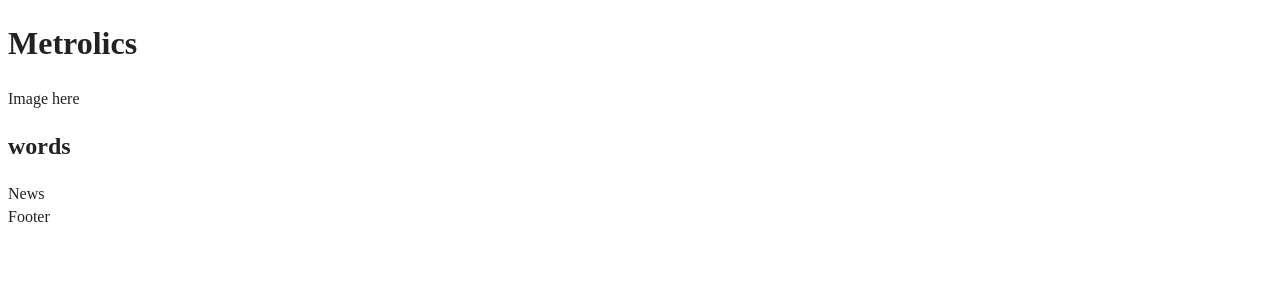
Repository: Jennica1/HTML_Structure
Page: index.html
These files come from the project's save history. The page is drawn as it stood at one moment and after the next save; the edit follows.
The browser window is 1280 px wide. The pictures show the whole page.

Above is the page before, as saved 2024-01-24 17:26:28.

### index.html
<!doctype html>
<html class="no-js" lang="en">

<head>
  <meta charset="utf-8">
  <meta name="viewport" content="width=device-width, initial-scale=1">
  <title></title>
  <link rel="stylesheet" href="css/style.css">
  <meta name="description" content="">

  <meta property="og:title" content="">
  <meta property="og:type" content="">
  <meta property="og:url" content="">
  <meta property="og:image" content="">

  <link rel="icon" href="/favicon.ico" sizes="any">
  <link rel="icon" href="/icon.svg" type="image/svg+xml">
  <link rel="apple-touch-icon" href="icon.png">

  <link rel="manifest" href="site.webmanifest">
  <meta name="theme-color" content="#fafafa">
</head>

    <body class="page">
      <header class="page__header">
        <div class="outter-container">
          <div class="content-container title">
            <h1>Metrolics</h1>
          </div>
          <div class="content-container image">
            Image here
          </div>
        </div>
      </header>

      <div class="page__description">
        <div class="outter-container">
          <div class="content-container description">
            <h2>words</h2>
          </div>
        </div>
      </div>

      <div class="page__information">
        <div class="outter-container">
          <div class="content-container information">
            News
          </div>
        </div>
      </div>

    <footer class="pageFooter">
      <div class="outterContainer">
        <div class="contentContainer">
          Footer
        </div>
      </div>
    </footer>

  <script src="js/app.js"></script>

</body>

</html>

### css/style.css
/*! HTML5 Boilerplate v9.0.0-RC1 | MIT License | https://html5boilerplate.com/ */

/* main.css 3.0.0 | MIT License | https://github.com/h5bp/main.css#readme */
/*
 * What follows is the result of much research on cross-browser styling.
 * Credit left inline and big thanks to Nicolas Gallagher, Jonathan Neal,
 * Kroc Camen, and the H5BP dev community and team.
 */

/* ==========================================================================
   Base styles: opinionated defaults
   ========================================================================== */

html {
  color: #222;
  font-size: 1em;
  line-height: 1.4;
}

/*
 * Remove text-shadow in selection highlight:
 * https://twitter.com/miketaylr/status/12228805301
 *
 * Customize the background color to match your design.
 */

::-moz-selection {
  background: #b3d4fc;
  text-shadow: none;
}

::selection {
  background: #b3d4fc;
  text-shadow: none;
}

/*
 * A better looking default horizontal rule
 */

hr {
  display: block;
  height: 1px;
  border: 0;
  border-top: 1px solid #ccc;
  margin: 1em 0;
  padding: 0;
}

/*
 * Remove the gap between audio, canvas, iframes,
 * images, videos and the bottom of their containers:
 * https://github.com/h5bp/html5-boilerplate/issues/440
 */

audio,
canvas,
iframe,
img,
svg,
video {
  vertical-align: middle;
}

/*
 * Remove default fieldset styles.
 */

fieldset {
  border: 0;
  margin: 0;
  padding: 0;
}

/*
 * Allow only vertical resizing of textareas.
 */

textarea {
  resize: vertical;
}

/* ==========================================================================
   Author's custom styles
   ========================================================================== */

/* ==========================================================================
   Helper classes
   ========================================================================== */

/*
 * Hide visually and from screen readers
 */

.hidden,
[hidden] {
  display: none !important;
}

/*
 * Hide only visually, but have it available for screen readers:
 * https://snook.ca/archives/html_and_css/hiding-content-for-accessibility
 *
 * 1. For long content, line feeds are not interpreted as spaces and small width
 *    causes content to wrap 1 word per line:
 *    https://medium.com/@jessebeach/beware-smushed-off-screen-accessible-text-5952a4c2cbfe
 */

.visually-hidden {
  border: 0;
  clip: rect(0, 0, 0, 0);
  height: 1px;
  margin: -1px;
  overflow: hidden;
  padding: 0;
  position: absolute;
  white-space: nowrap;
  width: 1px;
  /* 1 */
}

/*
 * Extends the .visually-hidden class to allow the element
 * to be focusable when navigated to via the keyboard:
 * https://www.drupal.org/node/897638
 */

.visually-hidden.focusable:active,
.visually-hidden.focusable:focus {
  clip: auto;
  height: auto;
  margin: 0;
  overflow: visible;
  position: static;
  white-space: inherit;
  width: auto;
}

/*
 * Hide visually and from screen readers, but maintain layout
 */

.invisible {
  visibility: hidden;
}

/*
 * Clearfix: contain floats
 *
 * The use of `table` rather than `block` is only necessary if using
 * `::before` to contain the top-margins of child elements.
 */

.clearfix::before,
.clearfix::after {
  content: "";
  display: table;
}

.clearfix::after {
  clear: both;
}

/* ==========================================================================
   EXAMPLE Media Queries for Responsive Design.
   These examples override the primary ('mobile first') styles.
   Modify as content requires.
   ========================================================================== */

@media only screen and (min-width: 35em) {
  /* Style adjustments for viewports that meet the condition */
}

@media print,
  (-webkit-min-device-pixel-ratio: 1.25),
  (min-resolution: 1.25dppx),
  (min-resolution: 120dpi) {
  /* Style adjustments for high resolution devices */
}

/* ==========================================================================
   Print styles.
   Inlined to avoid the additional HTTP request:
   https://www.phpied.com/delay-loading-your-print-css/
   ========================================================================== */

@media print {
  *,
  *::before,
  *::after {
    background: #fff !important;
    color: #000 !important;
    /* Black prints faster */
    box-shadow: none !important;
    text-shadow: none !important;
  }

  a,
  a:visited {
    text-decoration: underline;
  }

  a[href]::after {
    content: " (" attr(href) ")";
  }

  abbr[title]::after {
    content: " (" attr(title) ")";
  }

  /*
   * Don't show links that are fragment identifiers,
   * or use the `javascript:` pseudo protocol
   */
  a[href^="#"]::after,
  a[href^="javascript:"]::after {
    content: "";
  }

  pre {
    white-space: pre-wrap !important;
  }

  pre,
  blockquote {
    border: 1px solid #999;
    page-break-inside: avoid;
  }

  tr,
  img {
    page-break-inside: avoid;
  }

  p,
  h2,
  h3 {
    orphans: 3;
    widows: 3;
  }

  h2,
  h3 {
    page-break-after: avoid;
  }
}

Loaded but not shown: js/app.js (no stored copy; drawn as an empty file)

After the next save:
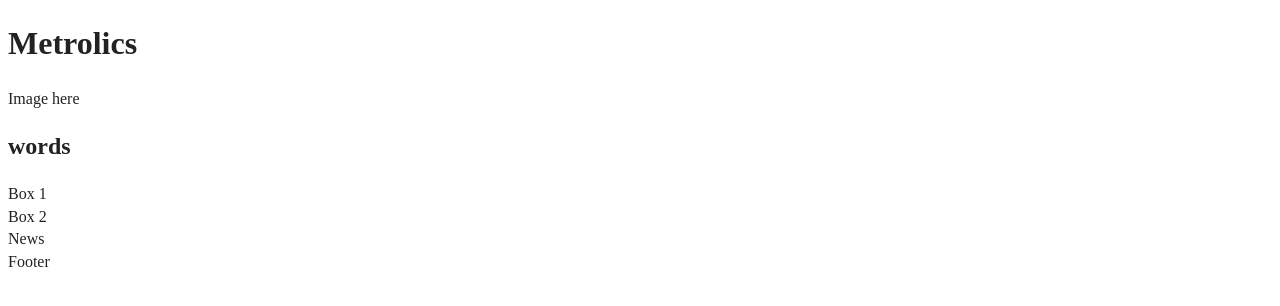
Saved 100 s later.
--- a/index.html
+++ b/index.html
@@ -35,8 +35,17 @@
 
       <div class="page__description">
         <div class="outter-container">
-          <div class="content-container description">
+          <div class="content-container title">
             <h2>words</h2>
+              <div class="content-container box-1">
+               Box 1
+              </div>
+                <div class="content-container box-1">
+                  Box 2
+                </div>
+                  <div class="content-container box-1">
+
+            </div>
           </div>
         </div>
       </div>
